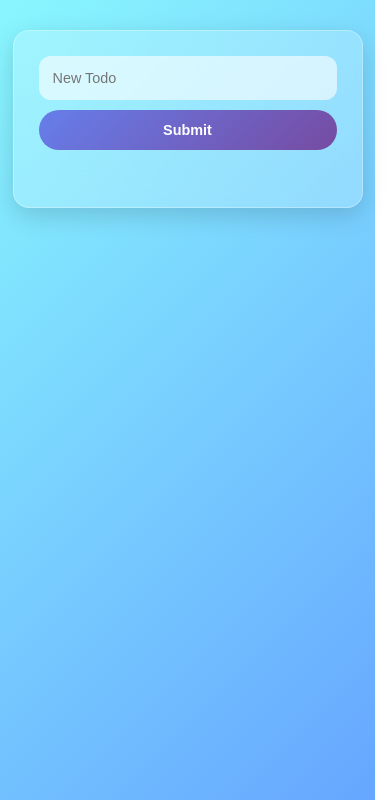
Repository: Subhadeep2609/Todo_React
Page: /
The author's editor kept a copy of each file at every save. The page is drawn from the files as they stood at one save, then again after the next save.
The browser window is 375 px wide. The page is 375 px wide, then 388 px, so the pictures cover 388 px, including what lies to the right of the window. The pictures show the whole page.
The project was rebuilt for these pictures with package versions that can differ from the ones it lists, and the page was loaded fresh each time. Also part of the build but not shown: vite.config.js.

Above is the page before, as saved 2025-09-04 13:45:16.

After the next save:
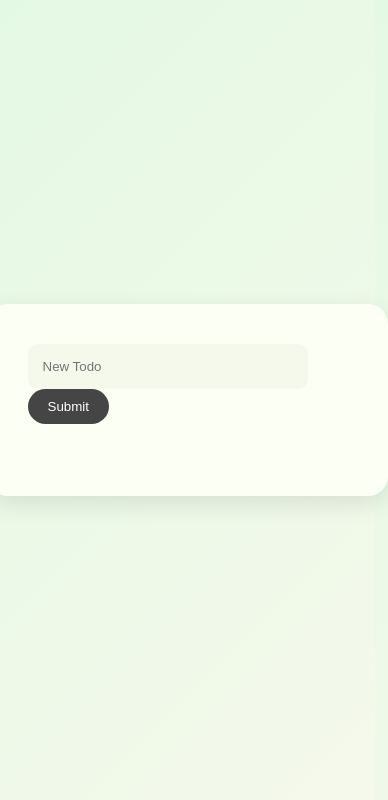
Saved 4 s later.
--- a/src/index.css
+++ b/src/index.css
@@ -6,68 +6,60 @@
 }
 
 body {
-  background: linear-gradient(135deg, #89f7fe, #66a6ff);
+  background: linear-gradient(135deg, #e4f9e4, #f5f9eb);
   height: 100vh;
   display: flex;
   justify-content: center;
   align-items: center;
   font-family: "Poppins", sans-serif;
-  overflow-x: hidden;
 }
 
-/* Glassmorphism Container */
+/* Container */
 .container {
-  background: rgba(255, 255, 255, 0.2);
-  backdrop-filter: blur(15px);
+  background: #fcfff3;
   padding: 40px;
   border-radius: 20px;
-  box-shadow: 0 8px 25px rgba(0, 0, 0, 0.15);
-  min-width: 350px;
-  max-width: 600px;
-  width: 90%;
+  box-shadow: 0 8px 25px rgba(0, 0, 0, 0.1);
+  min-width: 400px;
   transition: transform 0.3s ease;
-  border: 1px solid rgba(255, 255, 255, 0.3);
 }
 
 .container:hover {
-  transform: translateY(-8px);
+  transform: translateY(-5px);
 }
 
 /* Input */
 input {
-  padding: 14px;
+  padding: 15px;
   border: none;
   outline: none;
-  background: rgba(255, 255, 255, 0.6);
-  width: 70%;
-  border-radius: 12px;
-  transition: all 0.3s ease;
-  font-size: 1rem;
+  background: #f5f9eb;
+  width: 280px;
+  margin-right: 10px;
+  border-radius: 10px;
+  transition: box-shadow 0.3s ease;
 }
 
 input:focus {
-  background: rgba(255, 255, 255, 0.8);
-  box-shadow: 0 0 10px rgba(102, 166, 255, 0.7);
+  box-shadow: 0 0 8px rgba(0, 150, 136, 0.4);
 }
 
 /* Button */
 button {
   border-radius: 100px;
-  background: linear-gradient(135deg, #667eea, #764ba2);
-  padding: 12px 20px;
+  background: #454545;
+  padding: 10px 20px;
   outline: none;
   border: none;
   color: #fff;
-  font-weight: 600;
   cursor: pointer;
+  font-weight: 500;
   transition: all 0.3s ease;
-  font-size: 0.95rem;
 }
 
 button:hover {
-  background: linear-gradient(135deg, #764ba2, #667eea);
-  transform: scale(1.08);
-  box-shadow: 0 4px 12px rgba(118, 75, 162, 0.5);
+  background: #2e7d32;
+  transform: scale(1.05);
 }
 
 /* Todos List */
@@ -82,16 +74,13 @@ button:hover {
   display: flex;
   justify-content: space-between;
   align-items: center;
-  background: rgba(255, 255, 255, 0.25);
-  padding: 14px 20px;
+  background: #f5f9eb;
+  padding: 12px 20px;
   margin: 10px 0;
-  border-radius: 14px;
-  backdrop-filter: blur(8px);
-  box-shadow: 0 4px 15px rgba(0, 0, 0, 0.1);
+  border-radius: 12px;
+  box-shadow: 0 4px 12px rgba(0, 0, 0, 0.05);
   animation: slideIn 0.4s ease forwards;
   opacity: 0;
-  color: #333;
-  font-weight: 500;
 }
 
 /* Appear animation */
@@ -121,76 +110,13 @@ button:hover {
   padding: 6px 12px;
   cursor: pointer;
   border-radius: 50%;
-  background: #ff4b5c;
+  background: #ff5252;
   color: white;
   border: none;
   transition: all 0.3s ease;
-  font-weight: bold;
 }
 
 .close:hover {
-  background: #d62839;
-  transform: rotate(90deg) scale(1.1);
-  box-shadow: 0 4px 10px rgba(255, 75, 92, 0.5);
+  background: #d32f2f;
+  transform: rotate(90deg);
 }
-
-/* ========================= */
-/* Responsive Design */
-/* ========================= */
-
-@media (max-width: 768px) {
-  .container {
-    padding: 30px;
-    width: 95%;
-  }
-
-  input {
-    width: 65%;
-    font-size: 0.9rem;
-  }
-
-  button {
-    padding: 10px 16px;
-    font-size: 0.85rem;
-  }
-
-  .todo {
-    padding: 12px 16px;
-    font-size: 0.9rem;
-  }
-}
-
-@media (max-width: 480px) {
-  body {
-    align-items: flex-start;
-    padding-top: 30px;
-  }
-
-  .container {
-    width: 95%;
-    padding: 25px;
-    border-radius: 16px;
-  }
-
-  input {
-    width: 100%;
-    margin-bottom: 10px;
-    font-size: 0.9rem;
-  }
-
-  button {
-    width: 100%;
-    font-size: 0.9rem;
-    padding: 12px;
-  }
-
-  .todo {
-    flex-direction: column;
-    align-items: flex-start;
-    gap: 8px;
-  }
-
-  .close {
-    align-self: flex-end;
-  }
-}
